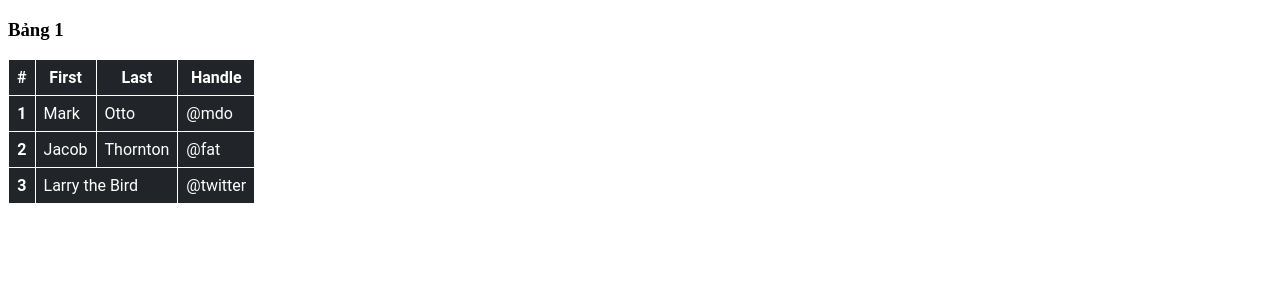
Repository: ThuatDev/BTVN_FE_JUNE
Page: index.html
The author's editor kept a copy of each file at every save. The page is drawn from the files as they stood at one save, then again after the next save.
The browser window is 1280 px wide. The pictures show the whole page.

Above is the page before, as saved 2023-08-02 15:17:17.

After the next save:
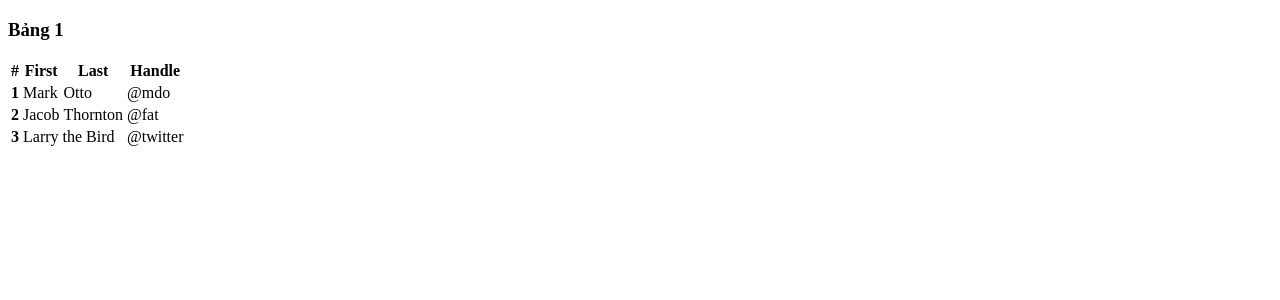
Saved 37 s later.
--- a/index.html
+++ b/index.html
@@ -15,55 +15,6 @@
       .text-white {
         color: #fff;
       } */
-      /* Chọn font và kích thước chữ */
-      .table {
-        font-family: "Roboto", sans-serif;
-        font-size: 16px;
-        font-weight: normal;
-      }
-
-      /* Áp dụng font-weight "bold" cho các thẻ <th> */
-      .table th {
-        font-weight: bold;
-      }
-
-      /* Đặt màu nền và màu chữ cho bảng */
-      .table {
-        background-color: #212529;
-        color: #fff;
-      }
-
-      /* Đặt màu chữ cho thẻ <th> */
-      .table th {
-        color: #fff;
-      }
-
-      /* Đặt màu chữ cho thẻ <td> */
-      .table td {
-        color: #fff;
-      }
-
-      /* Đặt border cho bảng */
-      .table {
-        border-collapse: collapse;
-      }
-
-      /* Đặt border cho thẻ <th> và <td> */
-      .table th,
-      .table td {
-        border: 1px solid #fff;
-      }
-
-      /* Đặt padding cho thẻ <th> và <td> */
-      .table th,
-      .table td {
-        padding: 8px;
-      }
-
-      /* Đặt padding cho thẻ <th> trong thead */
-      .table thead th {
-        padding: 8px;
-      }
     </style>
   </head>
   <body>
